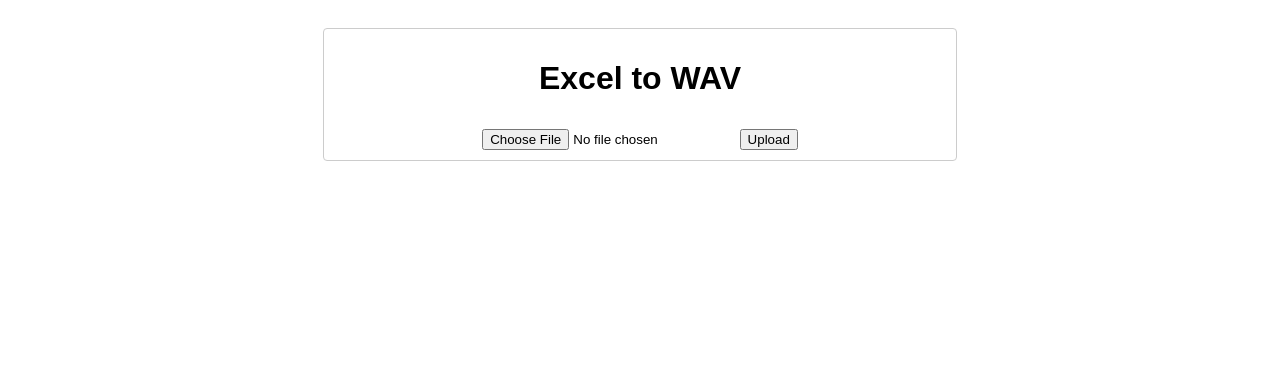
Repository: limonene213u/Excel-to-VOICE
Page: http://localhost/
The author's editor kept a copy of each file at every save. The page is drawn from the files as they stood at one save, then again after the next save.
The browser window is 1280 px wide. The pictures show the whole page.
The page is served by the project's application, run on Flask 3 (volume/app.py).

Above is the page before, as saved 2023-10-10 22:54:29.

### volume/templates/index.html
<!DOCTYPE html>
<html lang="ja">
<head>
    <meta charset="UTF-8">
    <meta name="viewport" content="width=device-width, initial-scale=1.0">
    <title>VOICEVOX Excel to WAV</title>
    <style>
        body {
            font-family: Arial, sans-serif;
            padding: 20px;
            text-align: center;
        }
        #upload-form {
            margin: auto;
            width: 50%;
            padding: 10px;
            border: 1px solid #ccc;
            border-radius: 4px;
        }
        #upload-button {
            margin-top: 10px;
        }
    </style>
</head>
<body>
    <div id="upload-form">
        <h1>Excel to WAV</h1>
        <form action="/upload" method="post" enctype="multipart/form-data">
            <input type="file" name="file" accept=".xlsx" required>
            <input type="submit" value="Upload" id="upload-button">
        </form>
    </div>
</body>
</html>

### volume/app.py
# app.py
from flask import Flask, render_template, request, send_file, jsonify, redirect, url_for, send_from_directory, Blueprint, make_response
import openpyxl
import requests
import json
import wave

app = Flask(__name__, static_folder='./static', template_folder='./templates')

@app.route('/')
def index():
    return render_template('index.html')

@app.route('/upload', methods=['POST'])
def upload_file():
    file = request.files['file']
    if file:
        # Excelファイルを処理
        workbook = openpyxl.load_workbook(file)
        sheet = workbook.active

        wav_data = b''  # 連結された音声データを保持するにゃん
        silence = b'\x00' * 48000  # 1秒間の無音データを作成するにゃん (サンプルレート24000、2バイト/サンプルで計算)

        # A2から開始し、B列の末尾まで処理するにゃん
        for row_idx in range(2, sheet.max_row + 1):
            for col_idx in range(1, 3):  # A列とB列のインデックスは1と2にゃん
                cell_value = sheet.cell(row=row_idx, column=col_idx).value
                if cell_value:
                    # 音声化する文言と話者を指定(3で標準ずんだもんになる)
                    params = (
                        ('text', cell_value),
                        ('speaker', 3),
                    )
                    # 音声合成用のクエリ作成
                    query = requests.post(
                        'http://voicevox:50021/audio_query',
                        params=params
                    )
                    # 音声合成を実施
                    synthesis = requests.post(
                        'http://voicevox:50021/synthesis',
                        headers={"Content-Type": "application/json"},
                        params=params,
                        data=json.dumps(query.json())
                    )
            wav_data += synthesis.content  # 連結するにゃん
            wav_data += silence  # 各音声データの後に無音データを追加するにゃん

        # wavファイルを保存
        wav_file_path = 'output.wav'
        with wave.open(wav_file_path, 'wb') as wav_file:
            wav_file.setnchannels(1)
            wav_file.setsampwidth(2)  # 16-bit PCM
            wav_file.setframerate(24000)
            wav_file.writeframes(wav_data)

        return send_file(wav_file_path, as_attachment=True)

if __name__ == '__main__':
    app.run(host='0.0.0.0', port=5000, debug=True)

After the next save:
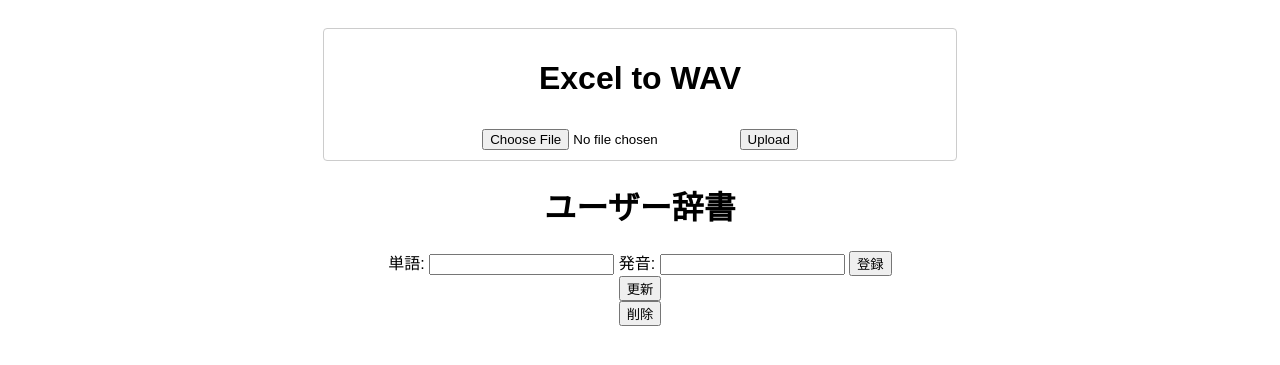
Saved 40 min 51 s later.
--- a/volume/templates/index.html
+++ b/volume/templates/index.html
@@ -30,5 +30,26 @@
             <input type="submit" value="Upload" id="upload-button">
         </form>
     </div>
+    <div id="dictionary-form">
+        <h1>ユーザー辞書</h1>
+        <form action="/add_word" method="post">
+            <label for="word">単語:</label>
+            <input type="text" id="word" name="word" required>
+            <label for="pronunciation">発音:</label>
+            <input type="text" id="pronunciation" name="pronunciation" required>
+            <input type="submit" value="登録">
+        </form>
+        <form action="/update_word" method="post">
+            <!-- 既存の単語と発音を選択するためのUI（例：ドロップダウン） -->
+            <!-- 更新する単語と発音の入力 -->
+            <!-- ... -->
+            <input type="submit" value="更新">
+        </form>
+        <form action="/delete_word" method="post">
+            <!-- 削除する単語を選択するためのUI（例：ドロップダウン） -->
+            <!-- ... -->
+            <input type="submit" value="削除">
+        </form>
+    </div>
 </body>
 </html>
